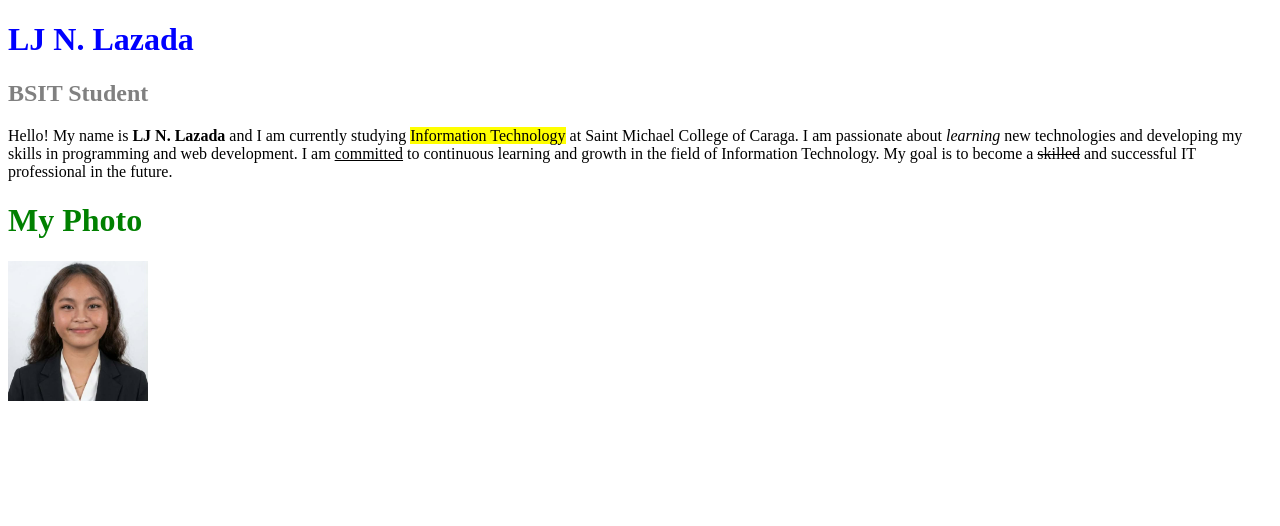
Repository: ljlazada11/myfirsthtml
Page: index.html
An editor plug-in stored every save of this project. The page is shown before and after the next save, followed by the edit.
The browser window is 1280 px wide. The pictures show the whole page.

Above is the page before, as saved 2026-06-24 19:21:57.

After the next save:
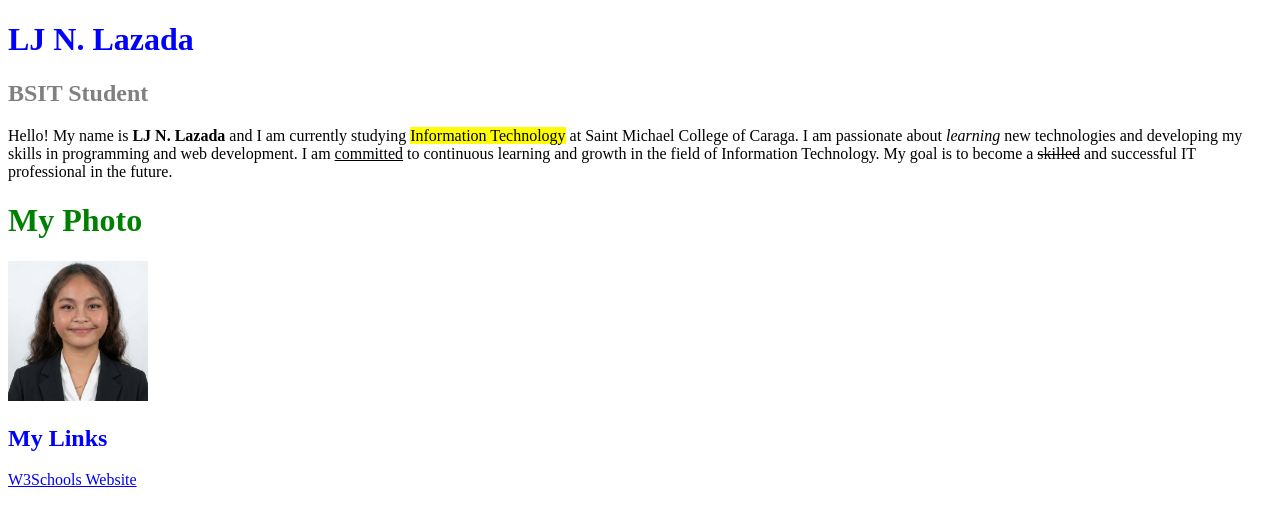
Saved 2 min 14 s later.
--- a/index.html
+++ b/index.html
@@ -14,4 +14,6 @@
 </body>
     <h1 style="color:green;">My Photo</h1>
     <img src="pic.jpg" alt="My	Profile	Picture" width="140" height="140">
+    <h2 style="color:blue;">My Links</h2>
+    <a href="https://www.w3schools.com" target="_blank">W3Schools	Website</a>
 </html>
